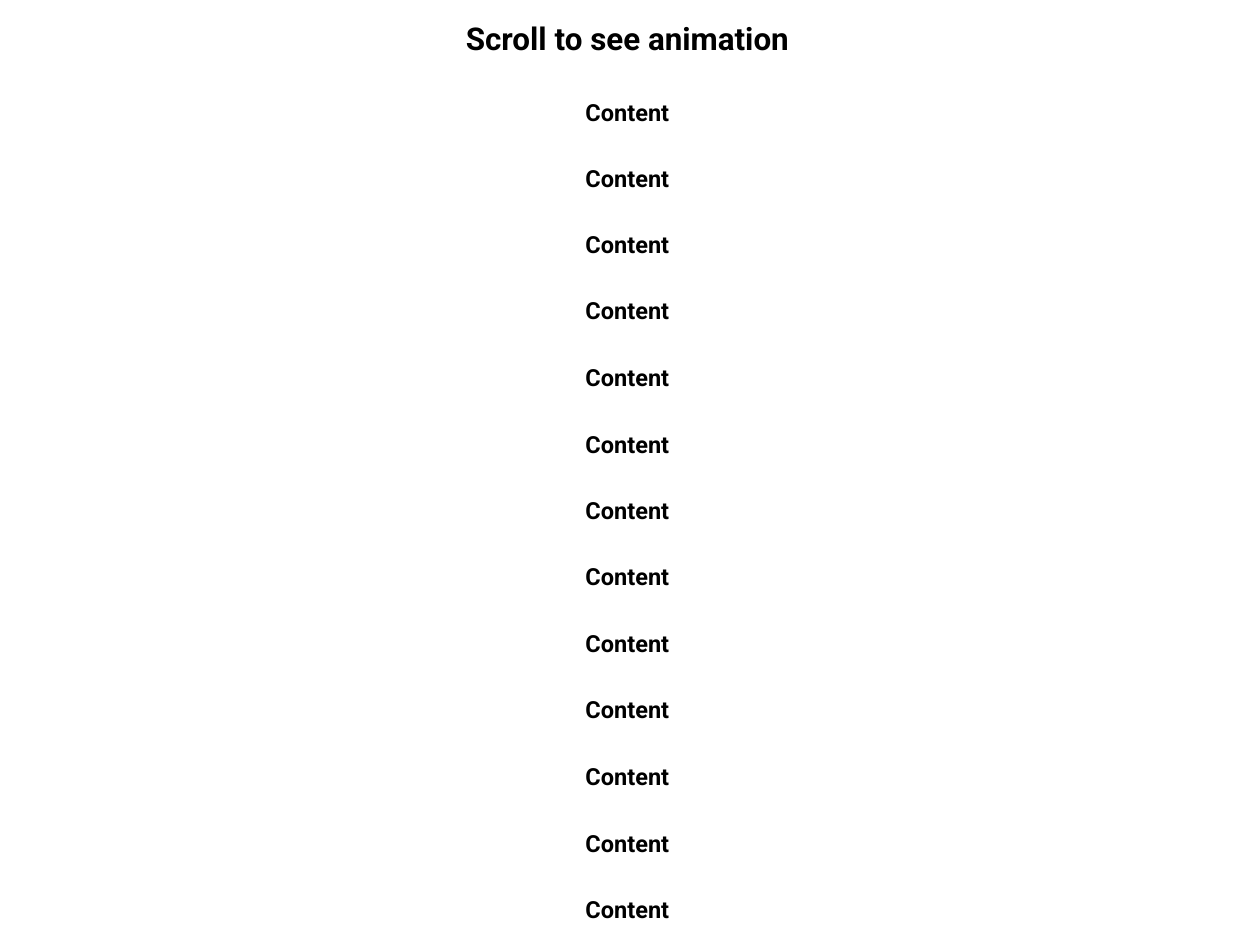
Repository: thecoachanna/scroll-animation
Page: index.html
The author's editor kept a copy of each file at every save. The page is drawn from the files as they stood at one save, then again after a run of saves.
The browser window is 1280 px wide. The pictures show the whole page, at 98% of full size.
Some web fonts or font styles are not loaded; a fallback is used.

Above is the page before, as saved 2023-02-20 12:45:57.

### index.html
<!DOCTYPE html>
<html lang="en">
<head>
    <meta charset="UTF-8">
    <meta http-equiv="X-UA-Compatible" content="IE=edge">
    <meta name="viewport" content="width=device-width, initial-scale=1.0">
    <link rel="stylesheet" href="style.css">
    <title>Scroll Animation</title>
</head>
<body>
    <h1>Scroll to see animation</h1>
    <div class="box"><h2>Content</h2></div>
    <div class="box"><h2>Content</h2></div>
    <div class="box"><h2>Content</h2></div>
    <div class="box"><h2>Content</h2></div>
    <div class="box"><h2>Content</h2></div>
    <div class="box"><h2>Content</h2></div>
    <div class="box"><h2>Content</h2></div>
    <div class="box"><h2>Content</h2></div>
    <div class="box"><h2>Content</h2></div>
    <div class="box"><h2>Content</h2></div>
    <div class="box"><h2>Content</h2></div>
    <div class="box"><h2>Content</h2></div>
    <div class="box"><h2>Content</h2></div>
    <script src="script.js"></script>
</body>
</html>

### style.css
@import url('https://fonts.googleapis.com/css2?family=Inter:wght@400;600;700&family=Lato:wght@100&family=Oswald:wght@700&family=Outfit&family=Poiret+One&family=Roboto:wght@400;700&display=swap');


* {
    box-sizing: border-box;
}

body {
    font-family: 'Roboto', sans-serif;
    display: flex;
    flex-direction: column;
    align-items: center;
    justify-content: center;
    margin: 0;
}

Loaded but not shown: script.js (no copy from this time; the picture is the same without it)

After the next 2 saves:
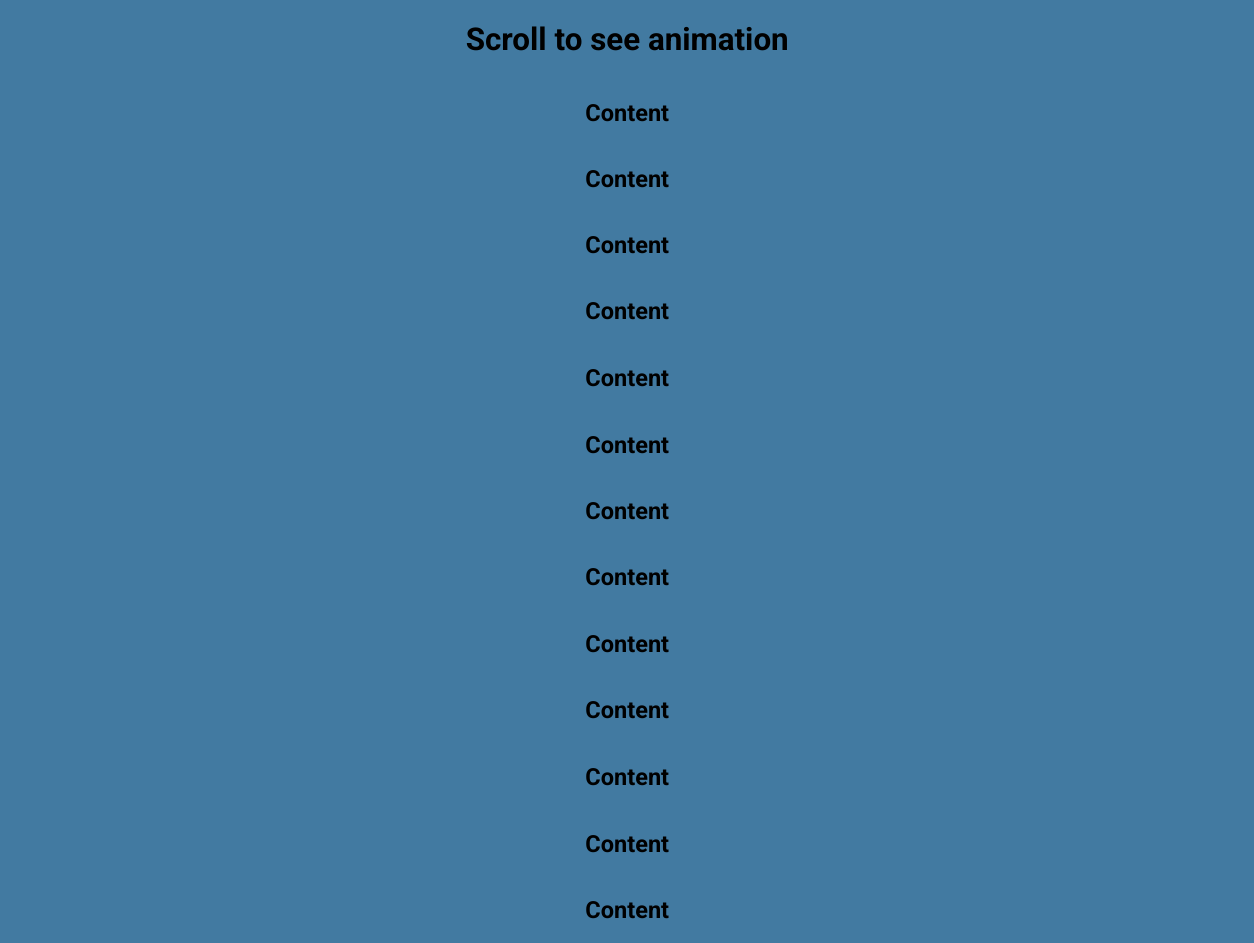
The 2 saves are shown as one change because they came seconds apart.
The last was saved 50 s later.
--- a/style.css
+++ b/style.css
@@ -6,6 +6,7 @@
 }
 
 body {
+    background-color: #427AA1;
     font-family: 'Roboto', sans-serif;
     display: flex;
     flex-direction: column;
